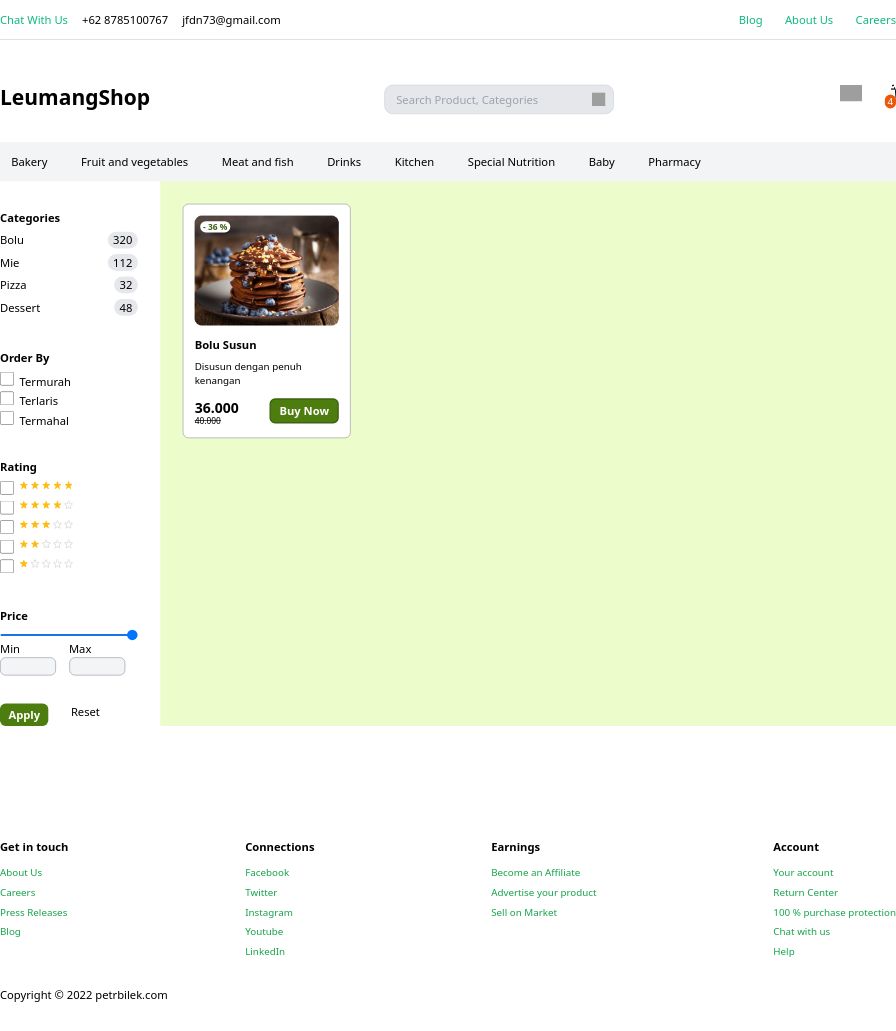
Repository: jafetdn73/ecommerce-tailwind
Page: /
The author's editor kept a copy of each file at every save. The page is drawn from the files as they stood at one save, then again after the next save.
The browser window is 1280 px wide. The pictures show the whole page, at 70% of full size.
Pictures or frames that could not be fetched are drawn as grey boxes. The project was rebuilt for these pictures with package versions that can differ from the ones it lists, and the page was loaded fresh each time. Also part of the build but not shown: src/App.css.

Above is the page before, as saved 2022-03-14 15:28:22.

### src/App.js
import "./App.css";

function App() {
  return (
    <div className="bg-white container mx-auto">
      <div className="flex justify-between py-4 border-b border-gray-300">
        <div className="flex gap-5">
          <a href="http://google.com" className="text-emerald-500">
            Chat With Us
          </a>
          <a href="http://facebook.com">+62 8785100767</a>
          <a href="http://ggogl.com">jfdn73@gmail.com</a>
        </div>

        <div className="">
          <ul className="flex gap-8 text-emerald-500">
            <li>Blog</li>
            <li>About Us</li>
            <li>Careers</li>
          </ul>
        </div>
      </div>

      <div className="flex justify-between mt-16">
        <h1 className="text-3xl font-bold">LeumangShop</h1>
        <div className="flex w-full justify-center items-center">
          <input
            type="text"
            placeholder="Search Product, Categories"
            className="w-1/3 border border-gray-300 bg-gray-200 rounded-xl pl-4 py-2"
          />
          <img src="/images/search-icon.png" alt="search" className="w-5 h-5 -ml-8"/>
        </div>
        <div className="flex gap-10">
          <img src="/images/user-icon.png" alt="user" className="w-8 h-6"/>
          <div className="relative">
            <img src="/images/cart-icon.png" alt="icon" className="w-8 h-6"/>
            <label className="absolute bottom-2 -left-2 bg-orange-600 text-white py-0.25 px-1 rounded-full text-sm">4</label>
          </div>
        </div>
      </div>

      <div className="bg-gray-100 mt-10 py-4 pl-4 text-base font-medium">
        <ul className="flex gap-12">
          <li>Bakery</li>
          <li>Fruit and vegetables</li>
          <li>Meat and fish</li>
          <li>Drinks</li>
          <li>Kitchen</li>
          <li>Special Nutrition</li>
          <li>Baby</li>
          <li>Pharmacy</li>
        </ul>
        </div>

      {/* Container Wrapper */}
      <div className="flex gap-4">
        {/* Side Bar Container */}
        <div className="flex flex-col w-60" >
          {/* Categories Container */}
          <div className="flex flex-col mt-10">
            <h1 className="font-bold text-base mb-2">Categories</h1>
            <ul>
              <div className="flex justify-between">
                <li>Bolu</li><label className="mb-2 bg-gray-200 pl-2 pr-2 rounded-xl">320</label>
              </div>
              <div className="flex justify-between">
                <li>Mie</li><label className="mb-2 bg-gray-200 pl-2 pr-2 rounded-xl">112</label>
              </div>
              <div className="flex justify-between">
                <li>Pizza</li><label className="mb-2 bg-gray-200 pl-2 pr-2 rounded-xl">32</label>
              </div>
              <div className="flex justify-between">
                <li>Dessert</li><label className="mb-2 bg-gray-200 pl-2 pr-2 rounded-xl">48</label>
              </div>
            </ul>
          </div>
          {/* Order By Categories */}
          <div className="flex flex-col mt-10">
            <h1 className="font-bold mb-2">Order By</h1>
           <div>
              <input type="checkbox" className="accent-lime-700 w-5 h-5 mr-2 mb-2"></input>
              <span className="mb-1">Termurah</span>
          </div>
          <div>
            <input type="checkbox"  className="accent-lime-700 w-5 h-5 mr-2 mb-2"></input>
            <label>Terlaris</label>
          </div>
          <div>
            <input type="checkbox"  className="accent-lime-700 w-5 h-5 mr-2 mb-2"></input>
            <label>Termahal</label>
          </div>
          </div>
          {/* Rating Container */}
          <div className="flex flex-col mt-10">
            <h1 className="font-bold mb-2">Rating</h1>
           <div  className="flex">
             <input type="checkbox" className="accent-lime-700 w-5 h-5 mr-2 mb-2">
               </input>
               <div className="flex w-3 h-3 gap-1">
                 <img src="images/rate-star.png" alt="rate-star"/>
                 <img src="images/rate-star.png" alt="rate-star"/>
                 <img src="images/rate-star.png" alt="rate-star"/>
                 <img src="images/rate-star.png" alt="rate-star"/>
                 <img src="images/rate-star.png" alt="rate-star"/>
                 </div>
          </div>
          <div  className="flex">
             <input type="checkbox" className="accent-lime-700 w-5 h-5 mr-2 mb-2">
               </input>
               <div className="flex w-3 h-3 gap-1">
                 <img src="images/rate-star.png" alt="rate-star"/>
                 <img src="images/rate-star.png" alt="rate-star"/>
                 <img src="images/rate-star.png" alt="rate-star"/>
                 <img src="images/rate-star.png" alt="rate-star"/>
                 <img src="images/unrate-star.png" alt="unrate-star"/>
                 </div>
          </div>
          <div  className="flex">
             <input type="checkbox" className="accent-lime-700 w-5 h-5 mr-2 mb-2">
               </input>
               <div className="flex w-3 h-3 gap-1">
                 <img src="images/rate-star.png" alt="rate-star"/>
                 <img src="images/rate-star.png" alt="rate-star"/>
                 <img src="images/rate-star.png" alt="rate-star"/>
                 <img src="images/unrate-star.png" alt="unrate-star"/>
                 <img src="images/unrate-star.png" alt="unrate-star"/>
                 </div>
          </div>
          <div  className="flex">
             <input type="checkbox" className="accent-lime-700 w-5 h-5 mr-2 mb-2">
               </input>
               <div className="flex w-3 h-3 gap-1">
                 <img src="images/rate-star.png" alt="rate-star"/>
                 <img src="images/rate-star.png" alt="rate-star"/>
                 <img src="images/unrate-star.png" alt="unrate-star"/>
                 <img src="images/unrate-star.png" alt="unrate-star"/>
                 <img src="images/unrate-star.png" alt="unrate-star"/>
                 </div>
          </div>
          <div  className="flex">
             <input type="checkbox" className="accent-lime-700 w-5 h-5 mr-2 mb-2">
               </input>
               <div className="flex w-3 h-3 gap-1">
                 <img src="images/rate-star.png" alt="rate-star"/>
                 <img src="images/unrate-star.png" alt="unrate-star"/>
                 <img src="images/unrate-star.png" alt="unrate-star"/>
                 <img src="images/unrate-star.png" alt="unrate-star"/>
                 <img src="images/unrate-star.png" alt="unrate-star"/>
                 </div>
          </div>

          </div>
          {/* Price Container */}
          <div className="flex flex-col mt-10">
          <h1 className="font-bold">Price</h1>
          <div><input
                type="range"
                className="w-full h-1 p-0 bg-gray-200 focus:outline-none focus:ring-0 focus:shadow-sm"
                min="0"
                max="5"
              />
           </div>
           <div className="flex">
             <div className="w-2/4"><label>Min</label><br></br><input className="w-20 bg-gray-100 border border-gray-400 rounded-lg" type="text"/></div>
             <div  className="w-2/4"><label>Max</label><br></br><input className="w-20 bg-gray-100 border border-gray-400 rounded-lg" type="text"/></div>
           </div>
          </div>
          <div className="flex mt-10">
            <button className="py-1 px-3 mr-8 rounded-lg font-bold bg-lime-700 text-white">Apply</button><label>Reset</label></div>
        </div>
        <div className="bg-gray-100">
          <div className="bg-yellow-100">
          </div>
        </div>
        {/* Container Content */}
        <div className="flex flex-col bg-lime-100 w-full" >
          <div className="w-60 m-8 p-4 bg-white border border-gray-400 rounded-lg">
            <div className="flex relative">
              <img src="images/bolu-susun.png" alt="bolu-susun" width="236" height="180"/>
              <label className="text-lime-800 font-bold text-xs ml-2 absolute bottom-26 left-0 bg-white mt-2 mb-2 pl-1 pr-1 rounded-xl">- 36 %</label>
            </div>
            <div>
            <h1 className="font-bold text-base mt-4 mb-2">Bolu Susun</h1>
            <p className="text-sm">Disusun dengan penuh kenangan</p>
            </div>
            <div className="flex justify-between mt-4">
              <div className="flex flex-col">
                <label className="font-bold text-xl">36.000</label>
                <label className="line-through text-xs -mt-1">40.000</label>
              </div>
              <div>
                <button className="py-1 px-3 rounded-lg font-bold border-2 border-lime-800 bg-lime-700 text-white">Buy Now</button>
              </div>
            </div>
          </div>

        </div>
      </div>

      {/* footer */}
      <div className="flex justify-between mb-8 mt-40">

<div className="">
  <h2 className="font-bold mb-4">Get in touch</h2>
  <ul className="text-sm text-green-600">
    <li className="mb-2">About Us</li>
    <li className="mb-2">Careers</li>
    <li className="mb-2">Press Releases</li>
    <li className="mb-2">Blog</li>
  </ul>
</div>

<div className="">
  <h2 className="font-bold mb-4">Connections</h2>
  <ul className="text-sm text-green-600">
    <li className="mb-2">Facebook</li>
    <li className="mb-2">Twitter</li>
    <li className="mb-2">Instagram</li>
    <li className="mb-2">Youtube</li>
    <li className="mb-2">LinkedIn</li>
  </ul>
</div>

<div className="">
  <h2 className="font-bold mb-4">Earnings</h2>
  <ul className="text-sm text-green-600">
    <li className="mb-2">Become an Affiliate</li>
    <li className="mb-2">Advertise your product</li>
    <li className="mb-2">Sell on Market</li>
  </ul>
</div>

<div className="">
  <h2 className="font-bold mb-4">Account</h2>
  <ul className="text-sm text-green-600">
    <li className="mb-2">Your account</li>
    <li className="mb-2">Return Center</li>
    <li className="mb-2">100 % purchase protection</li>
    <li className="mb-2">Chat with us</li>
    <li className="mb-2">Help</li>
  </ul>
</div>

</div>

{/* copyright */}
<div className="mb-10">
<h4>Copyright &copy; 2022 petrbilek.com</h4>
</div>

    </div>
  );
}

export default App;

Loaded but not shown: public/index.html (common file); src/index.js (common file); src/index.css (common file); src/reportWebVitals.js (common file); tailwind.config.js (common file)

After the next save:
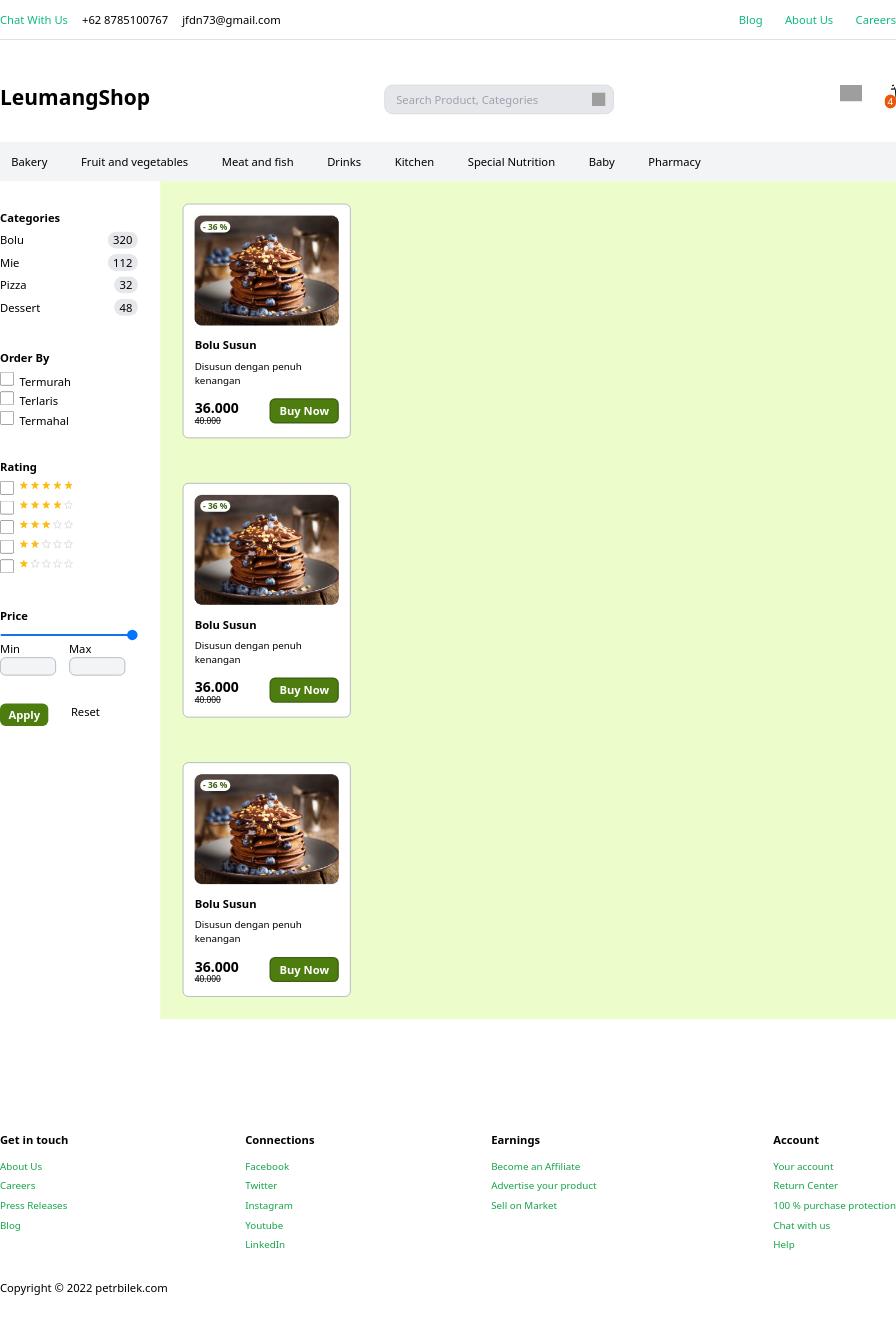
Saved 71 s later.
--- a/src/App.js
+++ b/src/App.js
@@ -195,6 +195,46 @@ function App() {
             </div>
           </div>
 
+          <div className="w-60 m-8 p-4 bg-white border border-gray-400 rounded-lg">
+            <div className="flex relative">
+              <img src="images/bolu-susun.png" alt="bolu-susun" width="236" height="180"/>
+              <label className="text-lime-800 font-bold text-xs ml-2 absolute bottom-26 left-0 bg-white mt-2 mb-2 pl-1 pr-1 rounded-xl">- 36 %</label>
+            </div>
+            <div>
+            <h1 className="font-bold text-base mt-4 mb-2">Bolu Susun</h1>
+            <p className="text-sm">Disusun dengan penuh kenangan</p>
+            </div>
+            <div className="flex justify-between mt-4">
+              <div className="flex flex-col">
+                <label className="font-bold text-xl">36.000</label>
+                <label className="line-through text-xs -mt-1">40.000</label>
+              </div>
+              <div>
+                <button className="py-1 px-3 rounded-lg font-bold border-2 border-lime-800 bg-lime-700 text-white">Buy Now</button>
+              </div>
+            </div>
+          </div>
+
+          <div className="w-60 m-8 p-4 bg-white border border-gray-400 rounded-lg">
+            <div className="flex relative">
+              <img src="images/bolu-susun.png" alt="bolu-susun" width="236" height="180"/>
+              <label className="text-lime-800 font-bold text-xs ml-2 absolute bottom-26 left-0 bg-white mt-2 mb-2 pl-1 pr-1 rounded-xl">- 36 %</label>
+            </div>
+            <div>
+            <h1 className="font-bold text-base mt-4 mb-2">Bolu Susun</h1>
+            <p className="text-sm">Disusun dengan penuh kenangan</p>
+            </div>
+            <div className="flex justify-between mt-4">
+              <div className="flex flex-col">
+                <label className="font-bold text-xl">36.000</label>
+                <label className="line-through text-xs -mt-1">40.000</label>
+              </div>
+              <div>
+                <button className="py-1 px-3 rounded-lg font-bold border-2 border-lime-800 bg-lime-700 text-white">Buy Now</button>
+              </div>
+            </div>
+          </div>
+
         </div>
       </div>
 
